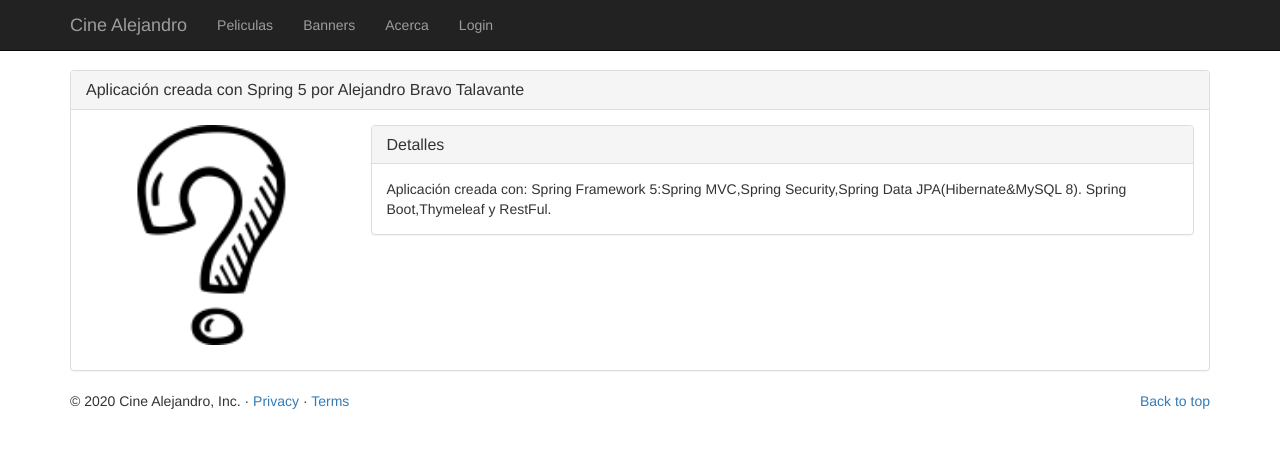
Repository: alejandroBravot/cineSpring
Page: http://localhost/cineapp/WEB-INF/views/acerca.jsp
These files come from the project's save history. The page is drawn as it stood at one moment and after the next save; the edit follows.
The browser window is 1280 px wide. The pictures show the whole page.
The page is served by Tomcat 9. Nobody is signed in. The template is opened directly, without the code that normally fills it, so the values that code supplies are empty.

Above is the page before, as saved 2020-03-30 11:12:53.

After the next save:
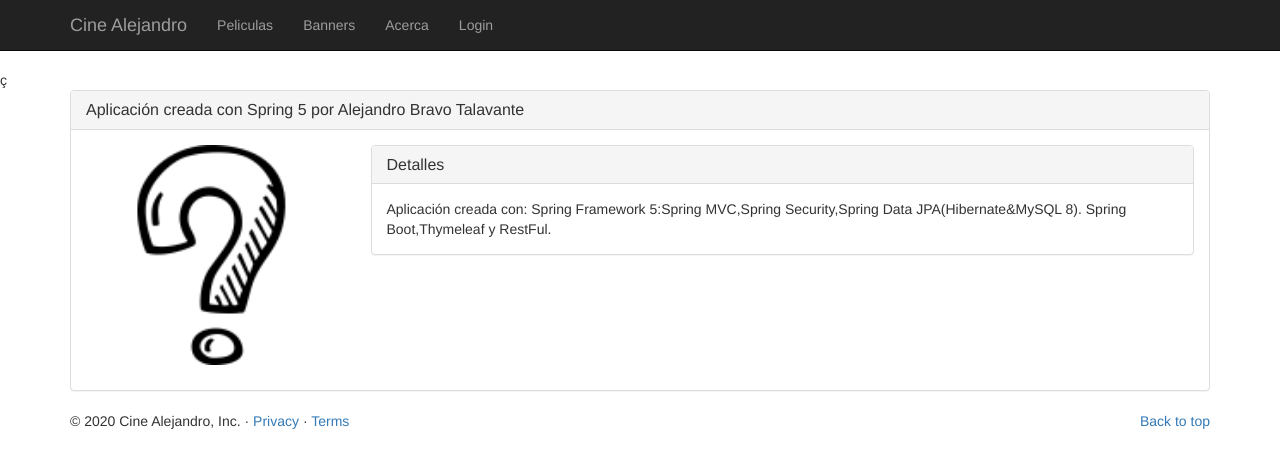
Saved 88 s later.
--- a/cineapp/webapp/WEB-INF/views/acerca.jsp
+++ b/cineapp/webapp/WEB-INF/views/acerca.jsp
@@ -1,3 +1,9 @@
+<%@ page language="java" contentType="text/html; charset=ISO-8859-1"
+	pageEncoding="ISO-8859-1"%>
+<%@taglib uri="http://java.sun.com/jsp/jstl/core" prefix="c"%>
+<%@taglib uri="http://java.sun.com/jsp/jstl/fmt" prefix="fmt"%>
+<%@taglib uri="http://www.springframework.org/tags" prefix="spring"%>
+<%@taglib uri="http://www.springframework.org/tags/form" prefix="form"%>ç
 <!DOCTYPE html>
 <html lang="en">
 	<head>
